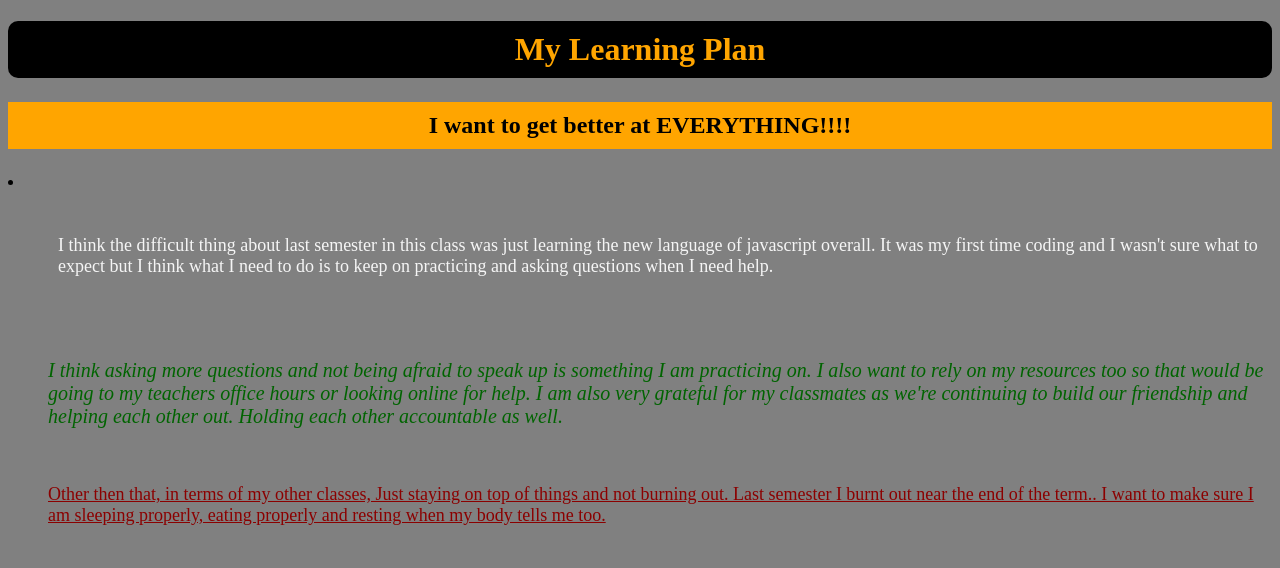
Repository: boofoo-png/mdia-2109
Page: Lab 3/learning-plan.html
The author's editor kept a copy of each file at every save. The page is drawn from the files as they stood at one save, then again after a run of saves.
The browser window is 1280 px wide. The pictures show the whole page.

Above is the page before, as saved 2026-02-02 11:23:48.

After the next 9 saves:
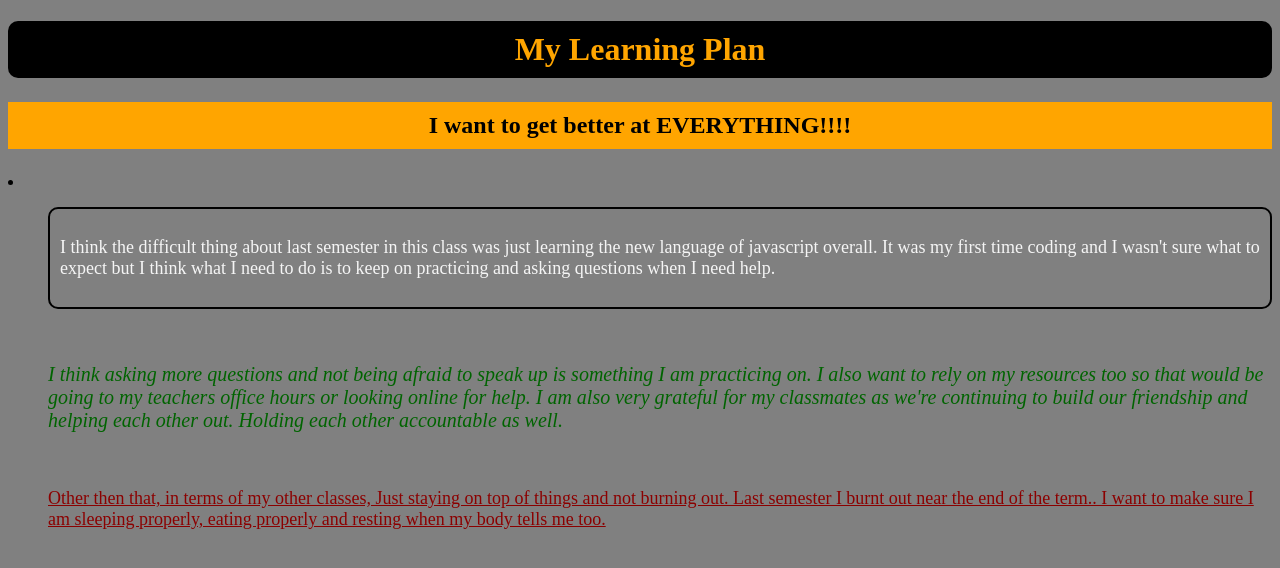
The 9 saves are shown as one change because they came seconds apart.
The last was saved 26 s later.
--- a/Lab 3/styles.css
+++ b/Lab 3/styles.css
@@ -43,4 +43,7 @@
 .introdiv {
     padding: 10px;
     border-radius: 10px;
+    border-color: black;
+    border-style: solid;
+    border-width: 2px;
 }
